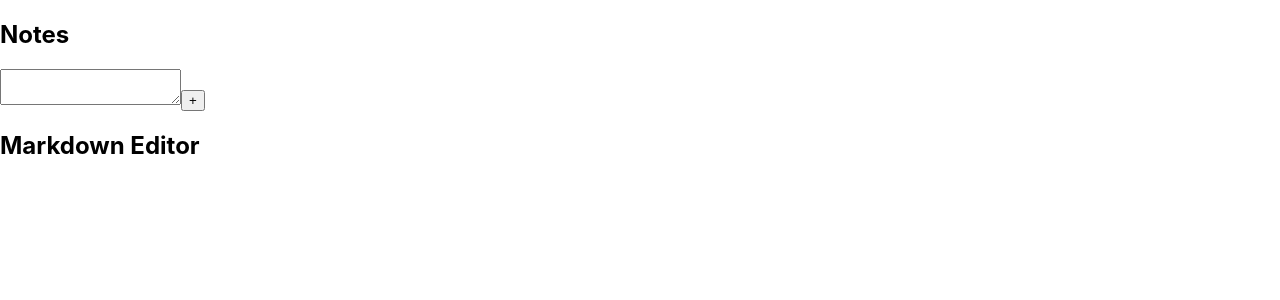
Repository: sriram1224/markdown_editor
Page: /
An editor plug-in stored every save of this project. The page is shown before and after the next save, followed by the edit.
The browser window is 1280 px wide. The pictures show the whole page.
The project was rebuilt for these pictures with package versions that can differ from the ones it lists, and the page was loaded fresh each time.

Above is the page before, as saved 2024-04-22 20:00:41.

### src/App.js

import MarkdownEditor from './Components/Markdown';
function App() {
  return (
    <div>
     <MarkdownEditor />
    </div>
  );
}

export default App;

### src/Components/Markdown.js
import React, { useState } from 'react';
import ReactMarkdown from 'react-markdown';

const MarkdownEditor = () => {
  const [notes, setNotes] = useState([{ id: 1, content: '' }]);
  const [currentNoteId, setCurrentNoteId] = useState(1);

  const handleNoteAdd = () => {
    const newNoteId = currentNoteId + 1;
    setNotes([...notes, { id: newNoteId, content: '' }]);
    setCurrentNoteId(newNoteId);
  };

  const handleNoteChange = (id, content) => {
    const updatedNotes = notes.map((note) =>
      note.id === id ? { ...note, content } : note
    );
    setNotes(updatedNotes);
  };

  const handleEditorChange = (id, content) => {
    handleNoteChange(id, content);
  };

  return (
    <div>
      <div>
        <h2>Notes</h2>
        {notes.map((note) => (
          <textarea
            key={note.id}
            value={note.content}
            onChange={(e) => handleNoteChange(note.id, e.target.value)}
          />
        ))}
        <button onClick={handleNoteAdd}>+</button>
      </div>
      <div>
        <h2>Markdown Editor</h2>
        {notes.map((note) => (
          <div key={note.id}>
            <ReactMarkdown>{note.content}</ReactMarkdown>
          </div>
        ))}
      </div>
    </div>
  );
};

export default MarkdownEditor;

Loaded but not shown: public/index.html (common file); src/index.js (common file); src/index.css (common file); src/reportWebVitals.js (common file)

After the next save:
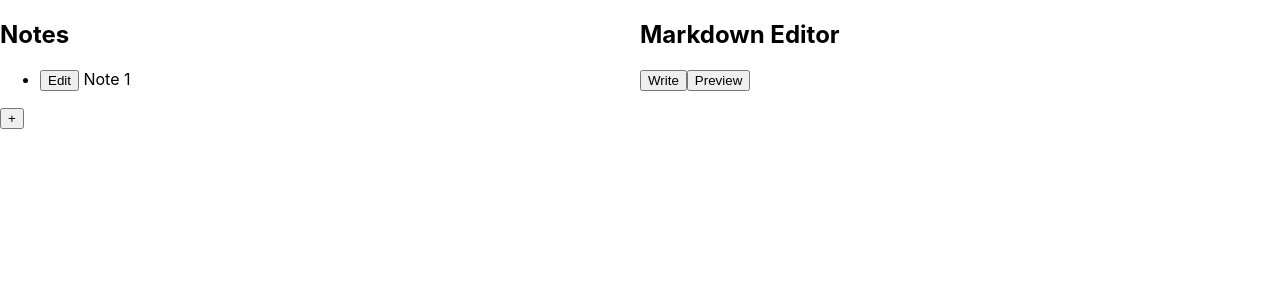
Saved 2 min 35 s later.
--- a/src/Components/Markdown.js
+++ b/src/Components/Markdown.js
@@ -4,11 +4,15 @@ import ReactMarkdown from 'react-markdown';
 const MarkdownEditor = () => {
   const [notes, setNotes] = useState([{ id: 1, content: '' }]);
   const [currentNoteId, setCurrentNoteId] = useState(1);
+  const [markdownContent, setMarkdownContent] = useState('');
+  const [showEditor, setShowEditor] = useState(false);
 
   const handleNoteAdd = () => {
     const newNoteId = currentNoteId + 1;
     setNotes([...notes, { id: newNoteId, content: '' }]);
     setCurrentNoteId(newNoteId);
+    setMarkdownContent('');
+    setShowEditor(true);
   };
 
   const handleNoteChange = (id, content) => {
@@ -18,30 +22,41 @@ const MarkdownEditor = () => {
     setNotes(updatedNotes);
   };
 
-  const handleEditorChange = (id, content) => {
-    handleNoteChange(id, content);
+  const handleEditorChange = (content) => {
+    setMarkdownContent(content);
+    handleNoteChange(currentNoteId, content);
   };
 
   return (
     <div>
-      <div>
+      <div style={{ float: 'left', width: '50%' }}>
         <h2>Notes</h2>
-        {notes.map((note) => (
-          <textarea
-            key={note.id}
-            value={note.content}
-            onChange={(e) => handleNoteChange(note.id, e.target.value)}
-          />
-        ))}
+        <ul>
+          {notes.map((note) => (
+            <li key={note.id}>
+              <button onClick={() => setCurrentNoteId(note.id)}>Edit</button> Note {note.id}
+            </li>
+          ))}
+        </ul>
         <button onClick={handleNoteAdd}>+</button>
       </div>
-      <div>
+      <div style={{ float: 'left', width: '50%' }}>
         <h2>Markdown Editor</h2>
-        {notes.map((note) => (
-          <div key={note.id}>
-            <ReactMarkdown>{note.content}</ReactMarkdown>
+        <div>
+          <button onClick={() => setShowEditor(true)}>Write</button>
+          <button onClick={() => setShowEditor(false)}>Preview</button>
+        </div>
+        {showEditor ? (
+          <textarea
+            value={markdownContent}
+            onChange={(e) => handleEditorChange(e.target.value)}
+            style={{ width: '100%', height: '300px' }}
+          />
+        ) : (
+          <div>
+            <ReactMarkdown>{markdownContent}</ReactMarkdown>
           </div>
-        ))}
+        )}
       </div>
     </div>
   );
